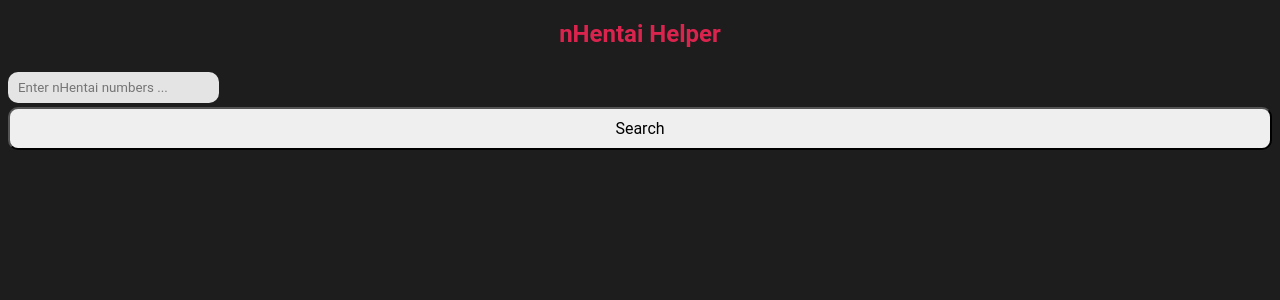
Repository: Lizadking/nHentai_Helper
Page: Mainpop.html
An editor plug-in stored every save of this project. The page is shown before and after the next save, followed by the edit.
The browser window is 1280 px wide. The pictures show the whole page.

Above is the page before, as saved 2021-08-06 23:24:22.

After the next save:
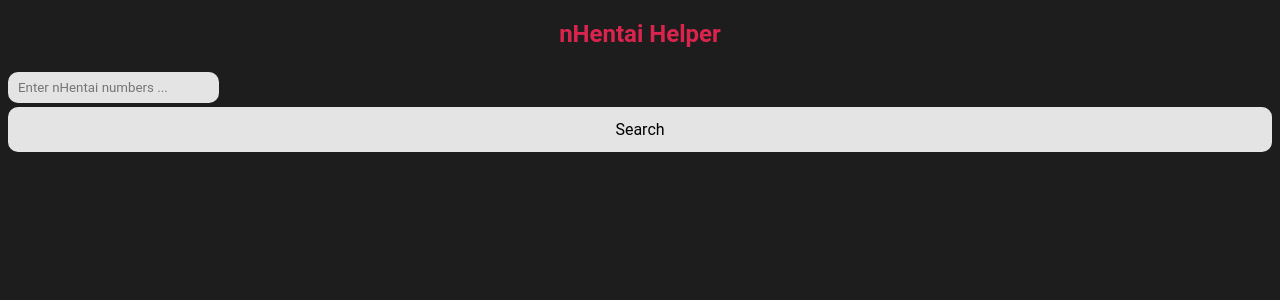
Saved 10 s later.
--- a/mainStylesheet.css
+++ b/mainStylesheet.css
@@ -31,7 +31,7 @@
     padding: 10px;
     width: 100%;
     border-radius:10px;
-    border: 3px solid
+    border: 3px solid rgb(228, 228, 228);
     background-color: rgb(228, 228, 228);
     font-family: 'Roboto', sans-serif;
     text-align: center;
